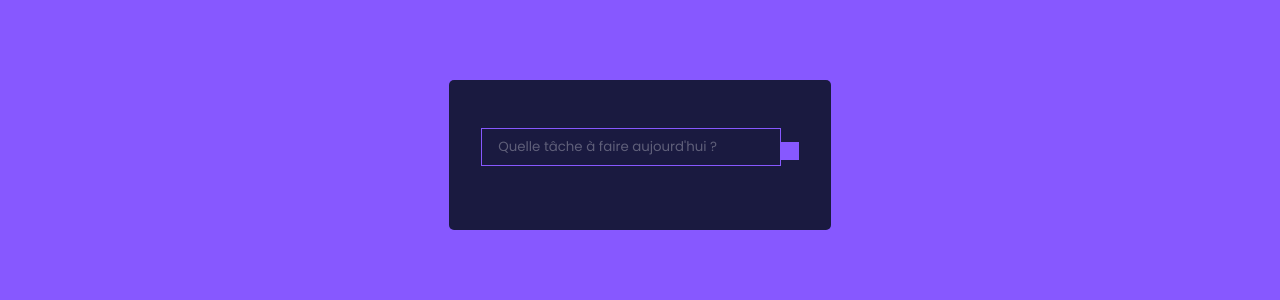
Repository: Loetitia27006/todo_list
Page: /
These files come from the project's save history. The page is drawn as it stood at one moment and after the next save; the edit follows.
The browser window is 1280 px wide. The pictures show the whole page.
The project was rebuilt for these pictures with package versions that can differ from the ones it lists, and the page was loaded fresh each time.

Above is the page before, as saved 2023-08-17 17:35:51.

### public/index.html
<!DOCTYPE html>
<html lang="en">
  <head>
    <meta charset="utf-8" />
    <link rel="icon" href="%PUBLIC_URL%/logo-black.svg" />
    <meta name="viewport" content="width=device-width, initial-scale=1" />
    <meta name="theme-color" content="#000000" />
    <meta
      name="description"
      content="Web site created using create-react-app"
    />
    <link rel="apple-touch-icon" href="%PUBLIC_URL%/logo-black.svg" />
    <!--
      manifest.json provides metadata used when your web app is installed on a
      user's mobile device or desktop. See https://developers.google.com/web/fundamentals/web-app-manifest/
    -->
    <link rel="manifest" href="%PUBLIC_URL%/manifest.json" />
    <!--
      Notice the use of %PUBLIC_URL% in the tags above.
      It will be replaced with the URL of the `public` folder during the build.
      Only files inside the `public` folder can be referenced from the HTML.

      Unlike "/favicon.ico" or "favicon.ico", "%PUBLIC_URL%/favicon.ico" will
      work correctly both with client-side routing and a non-root public URL.
      Learn how to configure a non-root public URL by running `npm run build`.
    -->
    <title>Todo List</title>
  </head>
  <body>
    <noscript>You need to enable JavaScript to run this app.</noscript>
    <div id="root"></div>
    <!--
      This HTML file is a template.
      If you open it directly in the browser, you will see an empty page.

      You can add webfonts, meta tags, or analytics to this file.
      The build step will place the bundled scripts into the <body> tag.

      To begin the development, run `npm start` or `yarn start`.
      To create a production bundle, use `npm run build` or `yarn build`.
    -->
  </body>
</html>

### src/App.css
@import url('https://fonts.googleapis.com/css2?family=Poppins&display=swap');

* {
  font-family: 'Poppins', sans-serif;
  margin: 0;
  padding: 0;
  box-sizing: border-box;
}

body {
  background: #8758ff;
  display: flex;
  justify-content: center;
  align-items: center;
}

.App {
  text-align: center;
}

h1 {
  color: #fff;
  margin-bottom: 0.5rem;
  font-size: 1.75rem;
}

.TodoWrapper {
  background: #1A1A40;
  margin-top: 5rem;
  padding: 2rem;
  border-radius: 5px;
}

.TodoForm {
  width: 100%;
}

.todo-input {
  outline: none;
  background: none;
  border: 1px solid #8758ff;
  padding: 0.5rem 1rem;
  margin-top: 1rem;
  margin-bottom: 2rem;
  width: 300px;
  color: #fff;
}

.todo-input::placeholder {
  color: #ffffff4d;
}

.todo-btn {
  background: #8758ff;
  color: #fff;
  border: none;
  padding: 0.55rem;
  cursor: pointer;

}

.Todo {
  display: flex;
  justify-content: space-between;
  align-items: center;
  background: #8758ff;
  color: #fff;
  padding: 0.75rem 1rem;
  border-radius: 5px;
  margin-bottom: 1rem;
  cursor: pointer;
}

.fa-trash {
  margin-left: 0.75rem;
}

.completed {
  color: #c5aeff;
  text-decoration: line-through;
}

### src/components/TodoWrapper.js
import React from 'react'
import { TodoForm } from './TodoForm'

export const TodoWrapper = () => {
  return (
    <div className='TodoWrapper'>
        <TodoForm/>
    </div>
  )
}

### src/components/TodoForm.js
import React from 'react'

export const TodoForm = () => {
  return (
    <form className='Todoform'>
        <input type="text" className='todo-input' placeholder="Quelle tâche à faire aujourd'hui ?" />
        <button type='submit' className='todo-btn'></button>
    </form>
  )
}

Loaded but not shown: src/index.js (common file); src/App.js (common file); src/reportWebVitals.js (common file)

After the next save:
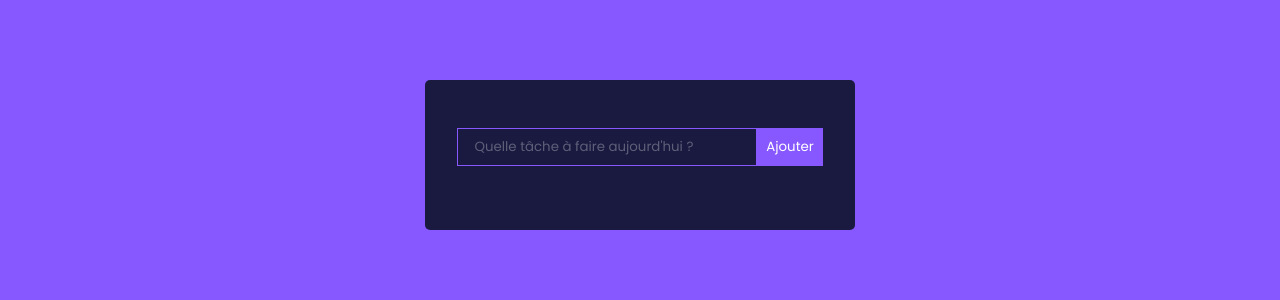
Saved 83 s later.
--- a/src/components/TodoForm.js
+++ b/src/components/TodoForm.js
@@ -4,7 +4,7 @@ export const TodoForm = () => {
   return (
     <form className='Todoform'>
         <input type="text" className='todo-input' placeholder="Quelle tâche à faire aujourd'hui ?" />
-        <button type='submit' className='todo-btn'></button>
+        <button type='submit' className='todo-btn'>Ajouter</button>
     </form>
   )
 }
